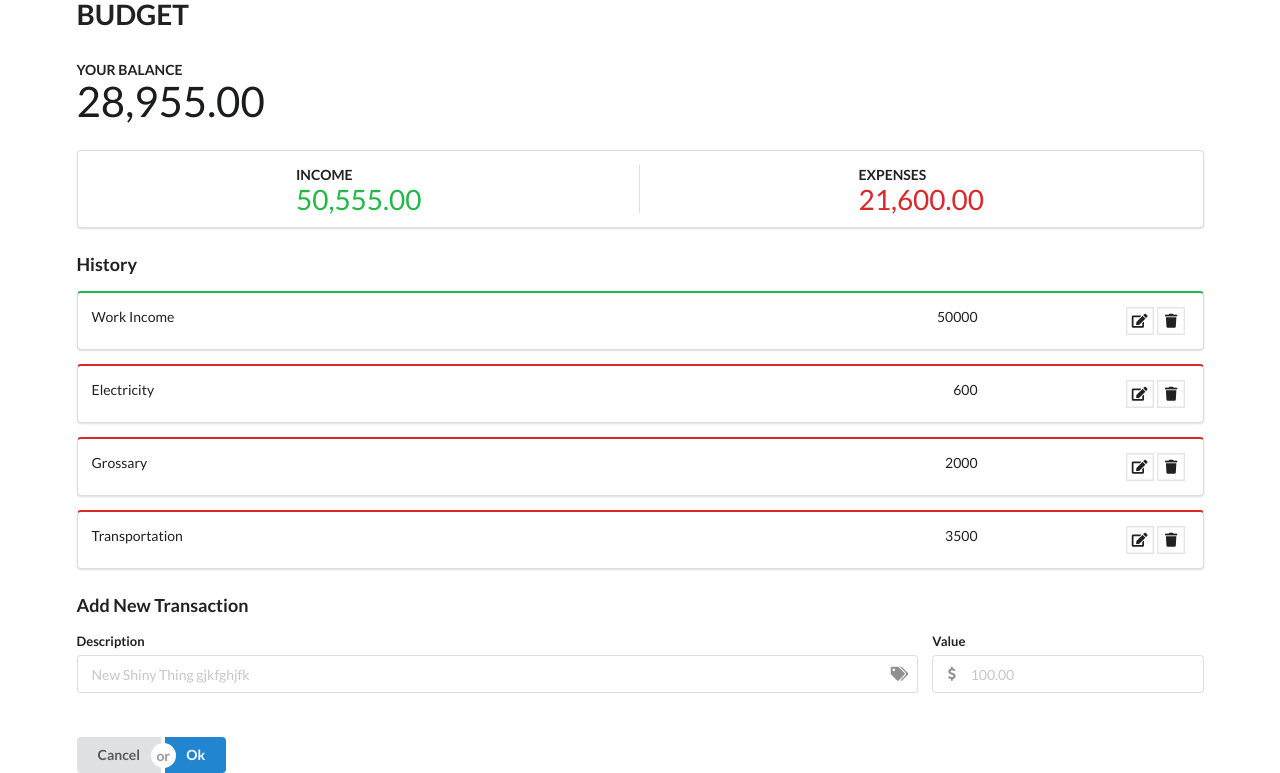
Repository: farrdy/budgets-react
Page: /
The author's editor kept a copy of each file at every save. The page is drawn from the files as they stood at one save, then again after the next save.
The browser window is 1280 px wide. The pictures show the whole page.
The project was rebuilt for these pictures with package versions that can differ from the ones it lists, and the page was loaded fresh each time.

Above is the page before, as saved 2022-03-20 15:30:07.

After the next save:
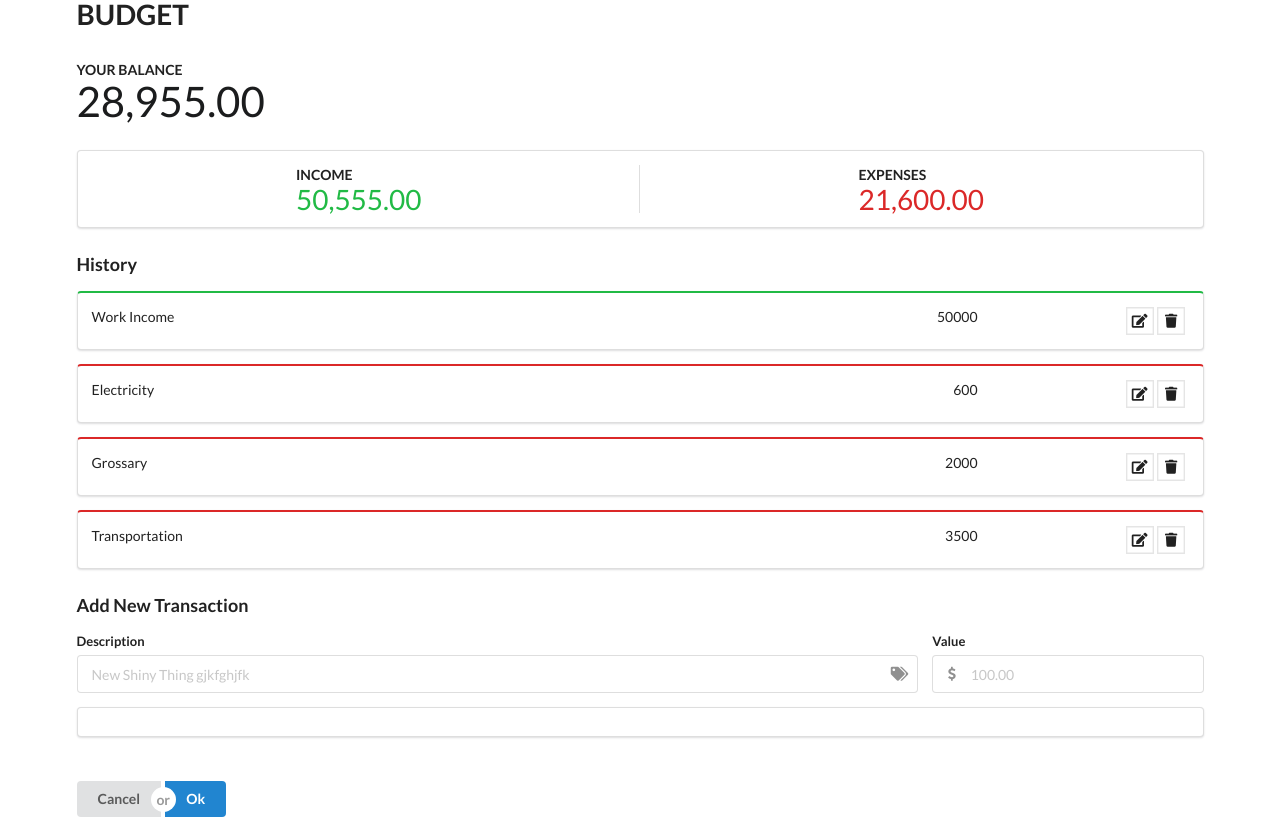
Saved 3 min 40 s later.
--- a/src/components/NewEntryForm.js
+++ b/src/components/NewEntryForm.js
@@ -1,10 +1,11 @@
 import React, { useState } from 'react';
-import { Form } from 'semantic-ui-react';
+import { Form, Segment } from 'semantic-ui-react';
 import ButtonSaveOrCancel from './ButtonSaveOrCancel';
 
 function NewEntryForm({addEntry}) {
 const [Description, setDescription] = useState('');
 const [Value, setValue] = useState('');
+const [isExpense, setIsExpense] = useState(false)
 
     return (
 
@@ -28,6 +29,7 @@ const [Value, setValue] = useState('');
                     onChange={(event)=>setValue(event.target.value)}
                 />
             </Form.Group>
+            <Segment></Segment>
             <ButtonSaveOrCancel addEntry={addEntry}  Description={Description} Value={Value}/>
 
         </Form>
